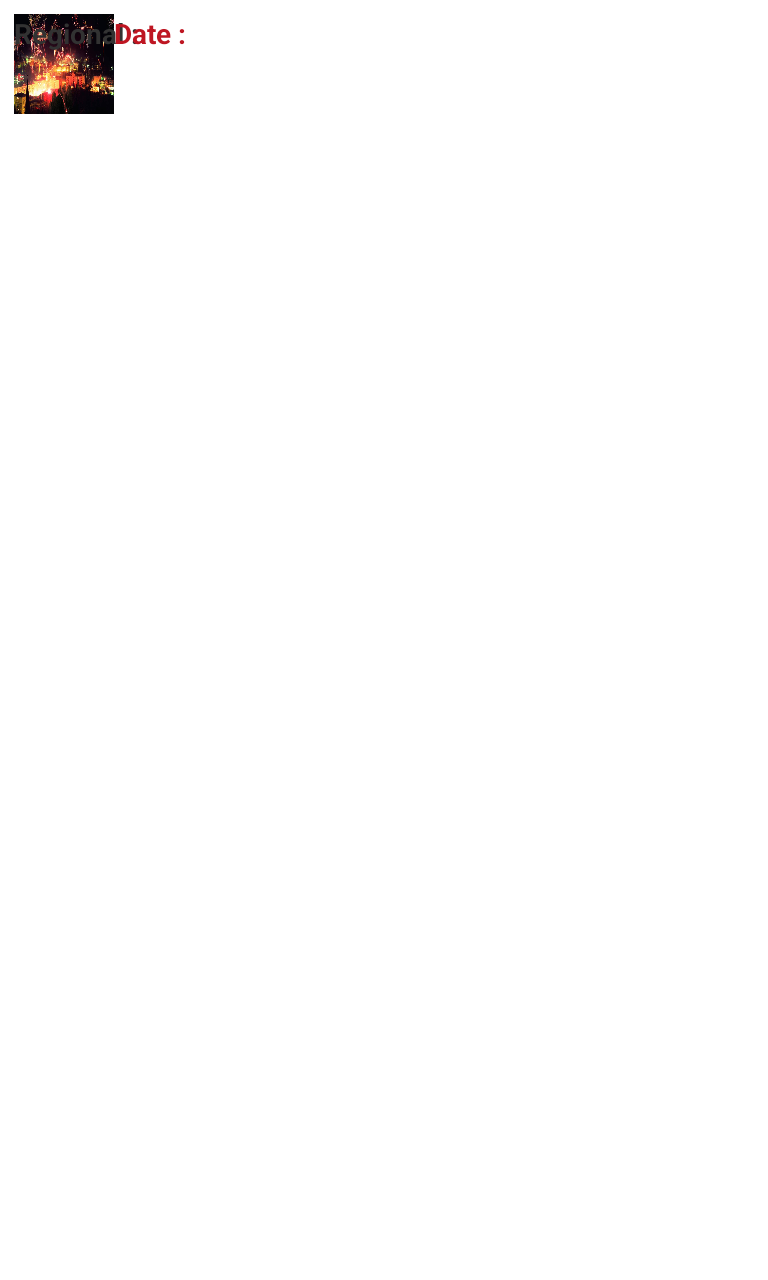
Repository: galihandy/chessboard
Layout: ArsenalIndonesia/res/layout/list_feature_item.xml
An editor plug-in stored every save of this project. The layout is shown before and after a run of saves, followed by the edit.
It is drawn on a 768 x 1280 px phone screen (xhdpi) without system bars, with theme android:Theme.Light.NoTitleBar; the app's code is not run.

Above is the layout before, as saved 2013-02-16 06:29:26.

### ArsenalIndonesia/res/layout/list_feature_item.xml
<?xml version="1.0" encoding="utf-8"?>
<RelativeLayout xmlns:android="http://schemas.android.com/apk/res/android"
    android:layout_width="fill_parent"
    android:layout_height="fill_parent"
    android:layout_centerHorizontal="true"
    android:orientation="vertical"
    android:padding="7dp" >

    <!-- Thumbnail -->

    <ImageView
        android:id="@+id/event_image"
        android:layout_width="50dip"
        android:layout_height="50dip"
        android:layout_alignParentLeft="true"
        android:background="@drawable/event"
        android:scaleType="fitXY" />

    <!-- event name -->

    <TextView
        android:id="@+id/event_name"
        android:layout_width="fill_parent"
        android:layout_height="wrap_content"
        android:layout_alignTop="@id/event_image"
        android:layout_toRightOf="@id/event_image"
        android:padding="2dp"
        android:textAppearance="?android:attr/textAppearanceMedium"
        android:textSize="20dp"
        android:textStyle="bold" />

    <!-- event regional -->

    <TextView
        android:id="@+id/event_regional_label"
        android:layout_width="wrap_content"
        android:layout_height="wrap_content"
        android:text="@string/regional_lbl"
        android:textStyle="bold" />

    <TextView
        android:id="@+id/event_regional"
        android:layout_width="wrap_content"
        android:layout_height="wrap_content" />

    <!-- event date -->

    <TextView
        android:id="@+id/event_date_label"
        android:layout_width="wrap_content"
        android:layout_height="wrap_content"
        android:layout_toRightOf="@id/event_image"
        android:text="@string/date_lbl"
        android:textColor="@drawable/red"
        android:textStyle="bold" />

    <TextView
        android:id="@+id/event_date"
        android:layout_width="wrap_content"
        android:layout_height="wrap_content"
        android:layout_toRightOf="@id/event_date_label" />

</RelativeLayout>

### ArsenalIndonesia/res/values/strings.xml
<resources>

    <string name="app_name">Arsenal Indonesia</string>
    <string name="reg_pg_title_lbl">Based on Regional</string>
    <string name="saved_pg_title_lbl">My AIS Event List</string>
    <string name="hello_world">Hello world!</string>
    <string name="menu_settings">Settings</string>
    <string name="search_event_hint">Search event</string>
    <string name="search_reg_hint">Search regional</string>
    <string name="search_tweet_hint">Search tweet</string>
    <string name="title_activity_main">Arsenal Indonesia</string>
    <string name="title_activity_featured">Featured</string>
    <string name="title_activity_ticket">Ticket</string>
    <string name="title_activity_myticket">My Ticket</string>
    <string name="please_wait">Please Wait</string>
    <string name="regional_lbl">Regional :</string>
    <string name="date_lbl">Date :</string>
    <string name="description_lbl">Description :</string>
    <string name="ticket">Ticket</string>
	<string name="contact">Contact</string>
	<string name="category">Category</string>
	<string name="author">Author</string>
    <string name="detail_event_add_menu_title">Add to My Event</string>
    <string name="detail_event_rmv_menu_title">Remove from My Event</string>
    <string name="search_event_title">Search Event</string>
    <string name="no_saved_event">No event saved</string>

</resources>

### ArsenalIndonesia/res/values/color.xml
<?xml version="1.0" encoding="utf-8"?>
<resources>

    <drawable name="row_list_feature_item_bgcolor">#777777</drawable>
    <drawable name="white">#ffffff</drawable>
    <drawable name="black">#000000</drawable>
    <drawable name="red">#be1622</drawable>
    <drawable name="grey">#b2b2b2</drawable>
    <drawable name="dark_red">#960000</drawable>
    <drawable name="list_elm_bg_clr">#f6f6f6</drawable>
    <drawable name="def_bg_clr">#f6f6f6</drawable>


</resources>

After the next 2 saves:
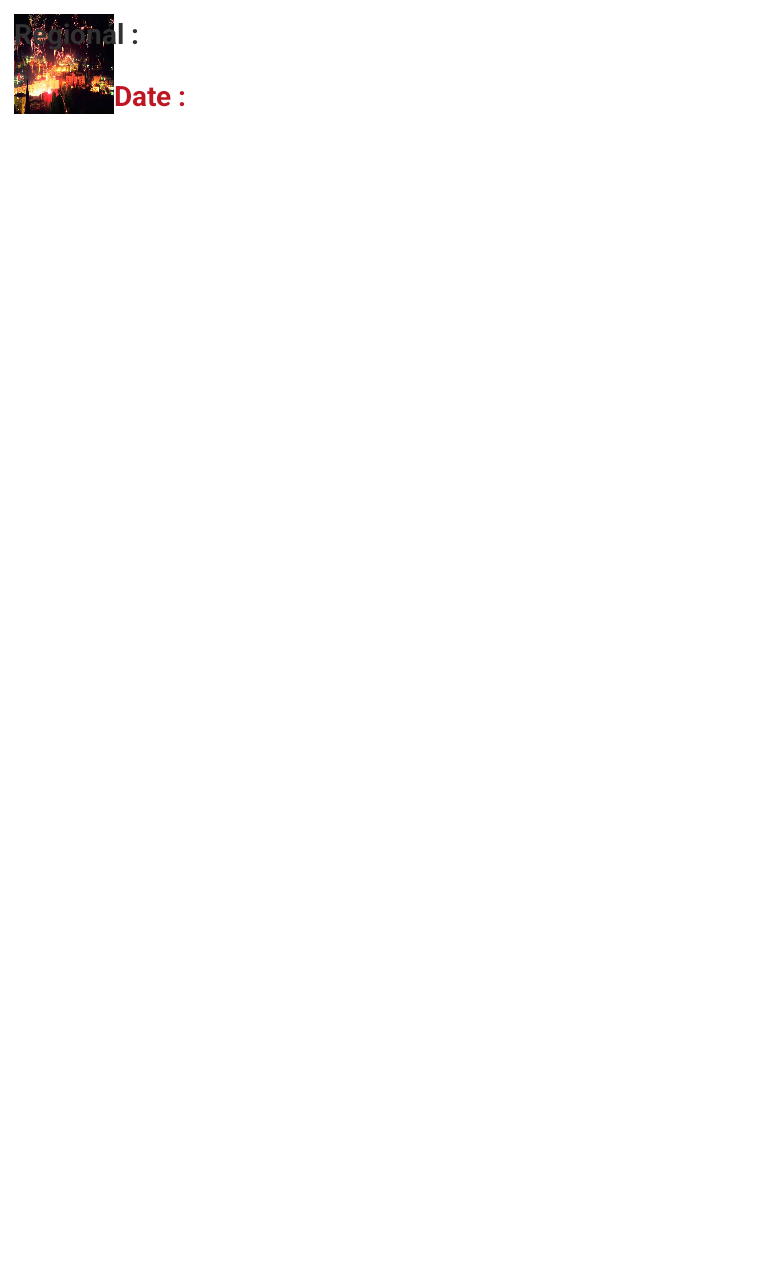
The 2 saves are shown as one change because they came seconds apart.
The last was saved 48 s later.
--- a/ArsenalIndonesia/res/layout/list_feature_item.xml
+++ b/ArsenalIndonesia/res/layout/list_feature_item.xml
@@ -49,6 +49,7 @@
         android:id="@+id/event_date_label"
         android:layout_width="wrap_content"
         android:layout_height="wrap_content"
+        android:layout_alignBottom="@id/event_image"
         android:layout_toRightOf="@id/event_image"
         android:text="@string/date_lbl"
         android:textColor="@drawable/red"
@@ -58,6 +59,7 @@
         android:id="@+id/event_date"
         android:layout_width="wrap_content"
         android:layout_height="wrap_content"
+        android:layout_alignBottom="@id/event_image"
         android:layout_toRightOf="@id/event_date_label" />
 
 </RelativeLayout>

After the 2 saves that followed:
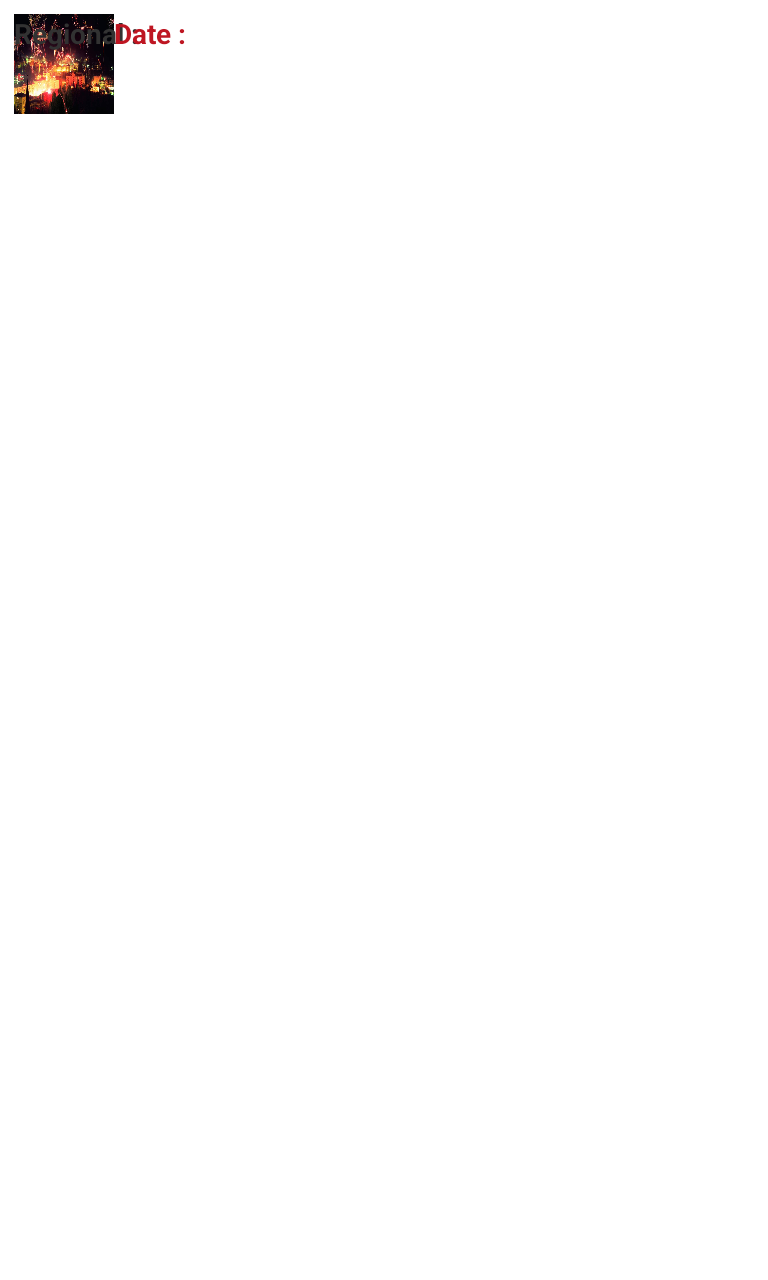
The 2 saves are shown as one change because they came seconds apart.
The last was saved 49 s later.
--- a/ArsenalIndonesia/res/layout/list_feature_item.xml
+++ b/ArsenalIndonesia/res/layout/list_feature_item.xml
@@ -49,7 +49,7 @@
         android:id="@+id/event_date_label"
         android:layout_width="wrap_content"
         android:layout_height="wrap_content"
-        android:layout_alignBottom="@id/event_image"
+        android:layout_alignBaseline="@id/event_image"
         android:layout_toRightOf="@id/event_image"
         android:text="@string/date_lbl"
         android:textColor="@drawable/red"
@@ -59,7 +59,7 @@
         android:id="@+id/event_date"
         android:layout_width="wrap_content"
         android:layout_height="wrap_content"
-        android:layout_alignBottom="@id/event_image"
+        android:layout_alignBaseline="@id/event_image"
         android:layout_toRightOf="@id/event_date_label" />
 
 </RelativeLayout>
